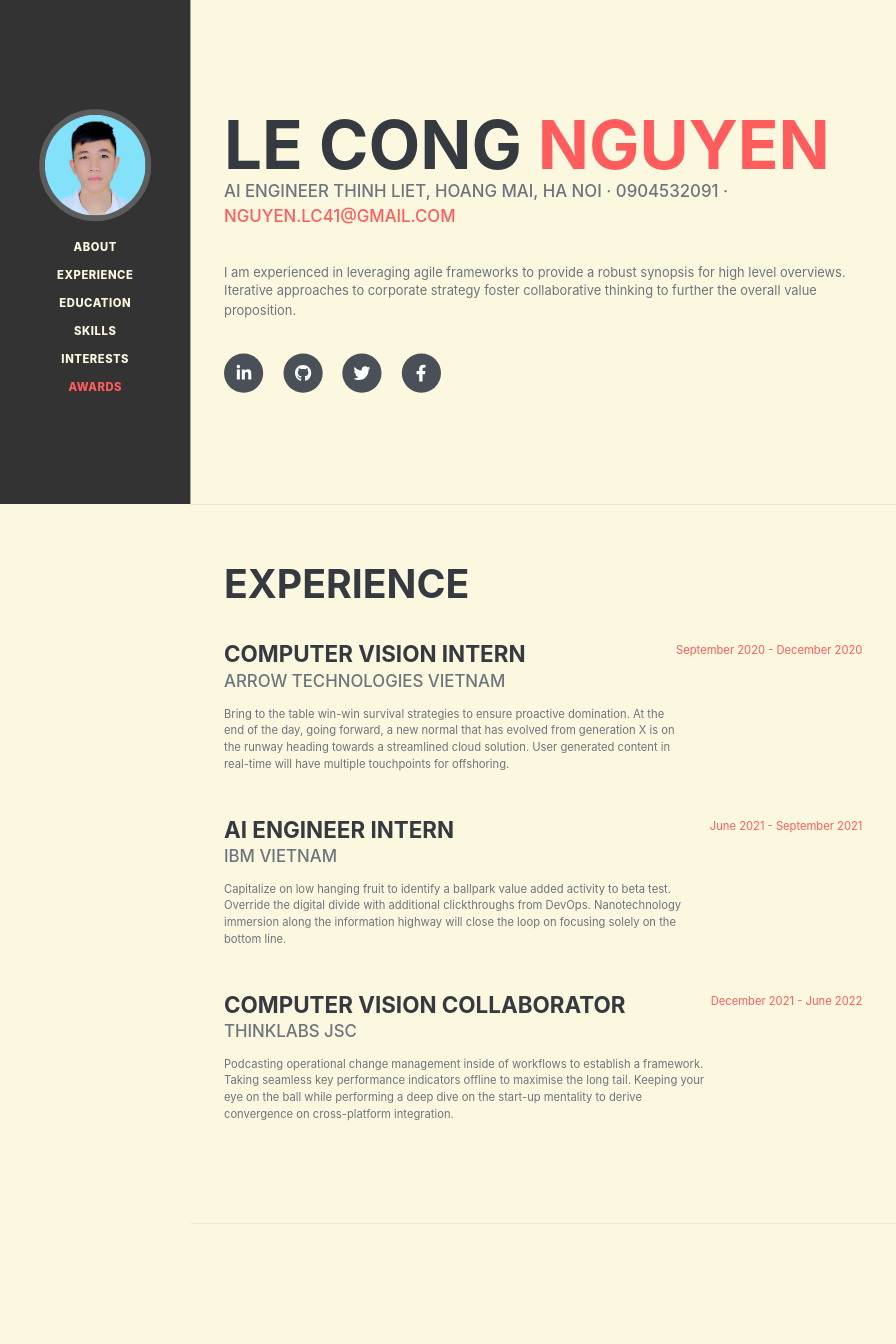
Repository: nguyenlcc/Online-CV
Page: index.html
These files come from the project's save history. The page is drawn as it stood at one moment and after the next save; the edit follows.
The browser window is 1280 px wide. The pictures show the part of the page from y = 0 to 1920 px (the page is 4631 px tall), at 70% of full size.
Some web fonts or font styles are not loaded; a fallback is used. Some web libraries are served in a nearby version.

Above is the page before, as saved 2022-05-23 00:58:42.

After the next save:
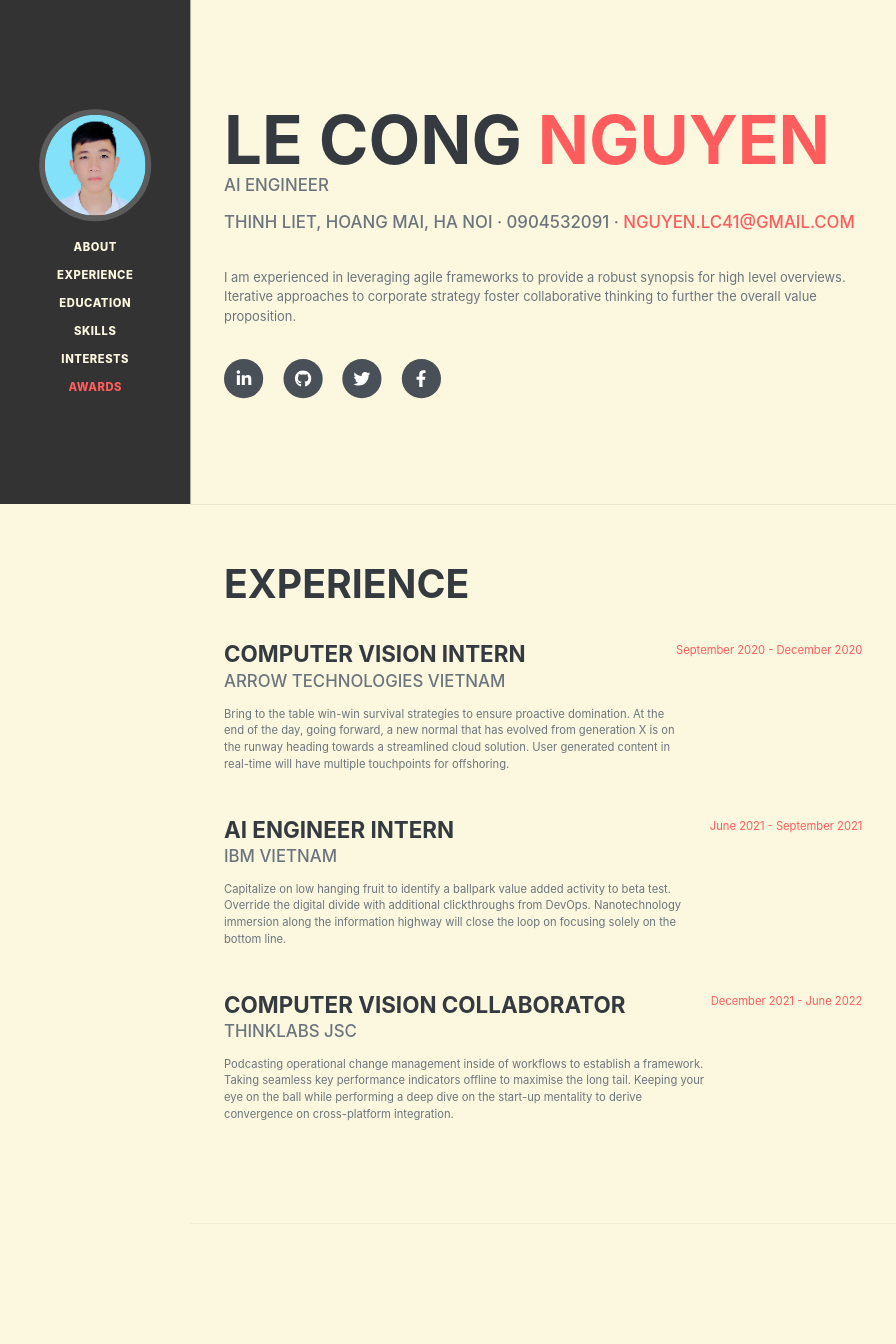
Saved 2 min 44 s later.
--- a/index.html
+++ b/index.html
@@ -94,7 +94,7 @@
             <span class="text-primary">NGUYEN</span>
           </h1>
           <div class="subheading mb-5">
-            AI ENGINEER
+            <p>AI ENGINEER</p>
             THINH LIET, HOANG MAI, HA NOI · 0904532091 ·
             <a href="mailto:name@email.com">nguyen.lc41@gmail.com</a>
           </div>
